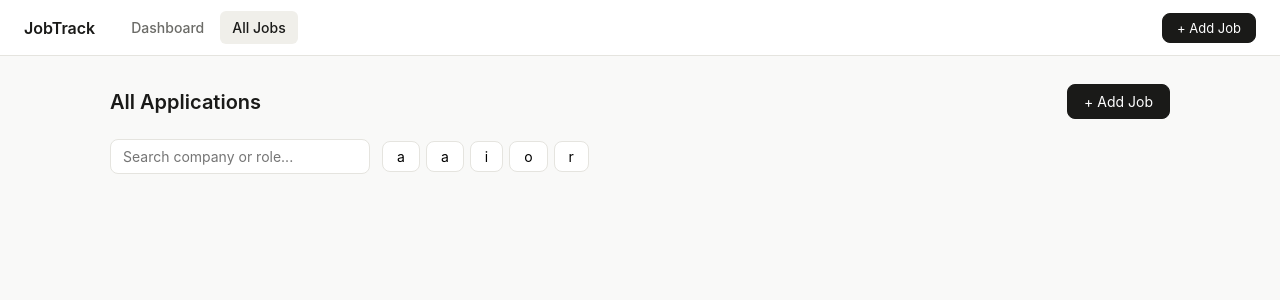
Repository: adtm0/jobtracker
Page: /jobs (app in frontend/)
An editor plug-in stored every save of this project. The page is shown before and after a run of saves, followed by the edit.
The browser window is 1280 px wide. The pictures show the whole page.
The project was rebuilt for these pictures with package versions that can differ from the ones it lists, and the page was loaded fresh each time. Also part of the build but not shown: frontend/vite.config.js, frontend/src/pages/Login.jsx, frontend/src/pages/Register.jsx, frontend/src/pages/Dashboard.jsx, frontend/src/pages/JobForm.jsx.

Above is the page before, as saved 2026-04-19 20:13:57.

After the next 2 saves:
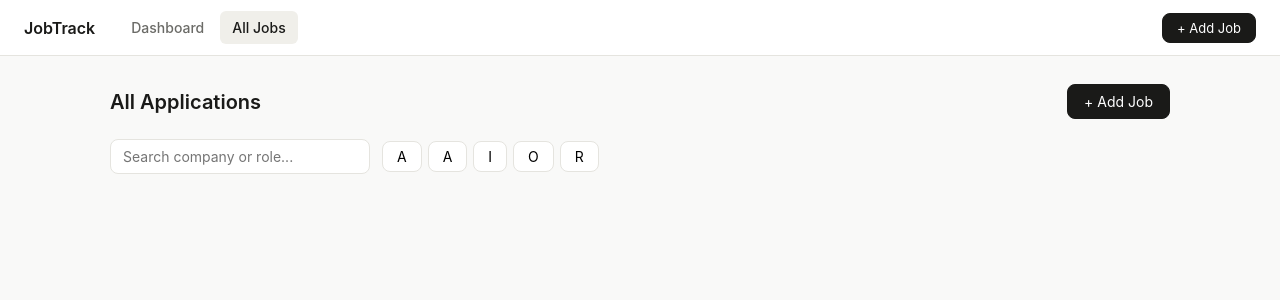
The 2 saves are shown as one change because they came seconds apart.
The last was saved 5 s later.
--- a/frontend/src/pages/Jobs.jsx
+++ b/frontend/src/pages/Jobs.jsx
@@ -53,7 +53,7 @@
                 padding: '6px 14px'
               }}
             >
-              {s.charAt(0)}
+              {s.charAt(0).toUpperCase()}
             </button>
           ))}
         </div>
